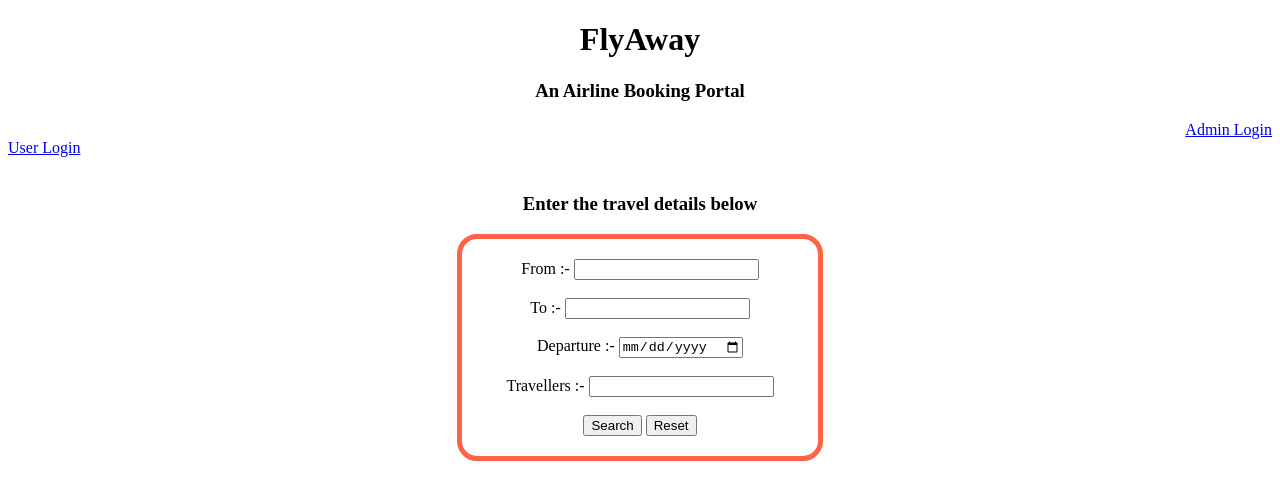
Repository: badrilogaram/Phase-two-project
Page: http://localhost/FlyAway-master/HomePage.jsp
These files come from the project's save history. The page is drawn as it stood at one moment and after the next save; the edit follows.
The browser window is 1280 px wide. The pictures show the whole page.
The page is served by Tomcat 9. Other server files are loaded and not shown.

Above is the page before, as saved 2021-05-27 22:57:12.

### FlyAway-master/src/main/webapp/HomePage.jsp
<%@ page language="java" contentType="text/html; charset=ISO-8859-1"
    pageEncoding="ISO-8859-1"%>
<%@ page import="java.util.*" %>
<!DOCTYPE html>
<html>
<head>
<meta charset="ISO-8859-1">
<title>FlyAway</title>
</head>
<body style="background-color:rgb(255,255,255)">
<h1><center>FlyAway</center></h1>
<h3><center>An Airline Booking Portal</center></h3>

<div align="right">
<a href="AdminPage.jsp">Admin Login</a>
</div>

<%
	@SuppressWarnings("unchecked")
	HashMap<String,String> user=(HashMap<String,String>)session.getAttribute("user");
	if(user!=null){
%>
<p>Welcome <%=user.get("name") %></p>
<a href="Logout">Logout</a>
<%
	}else{
%>
<a href=UserPage.jsp>User Login</a>
<%
	}
%>
<br><br>
<center>
<h3>Enter the travel details below</h3>
<div style="border:5px solid tomato;width:25%;border-radius:20px;padding:20px" align = "center">
<form action=FlightList method=post>
	<label for=from>From :-</label> <input type=text name=from id=from/><br><br>
	<label for=to>To :-</label> <input type=text name=to id=to/><br><br>
	<label for=departure>Departure :-</label> <input type=date name=departure id=departure/><br><br>
	<label for=travellers>Travellers :-</label> <input type=number name=travellers id=travellers/><br><br>
	<input type=submit value=Search /> <input type=reset />
</form>
</center>
</div>
</body>
</html>

After the next save:
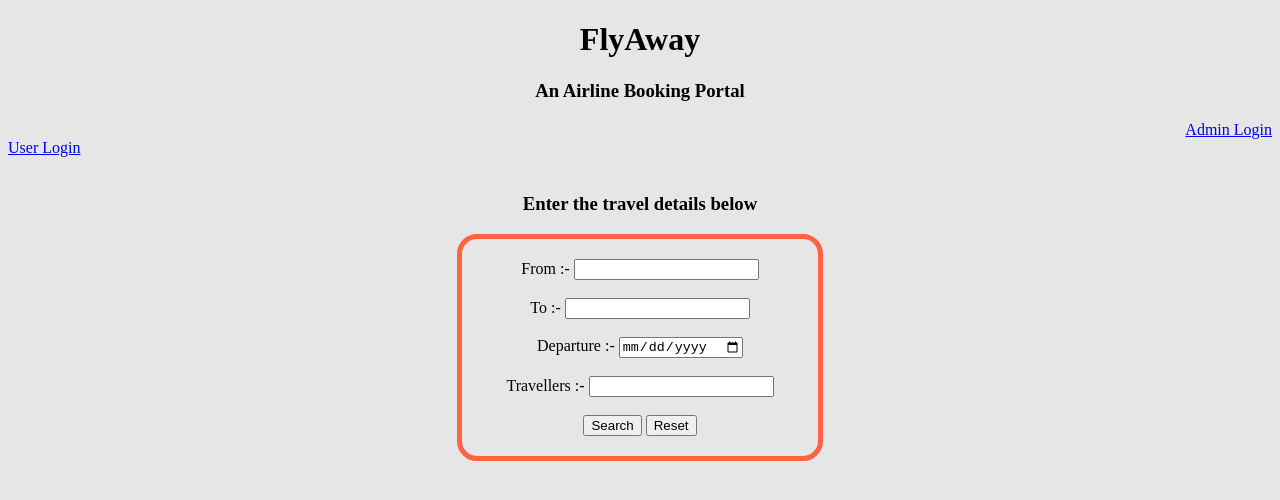
Saved 35 s later.
--- a/FlyAway-master/src/main/webapp/HomePage.jsp
+++ b/FlyAway-master/src/main/webapp/HomePage.jsp
@@ -7,7 +7,7 @@
 <meta charset="ISO-8859-1">
 <title>FlyAway</title>
 </head>
-<body style="background-color:rgb(255,255,255)">
+<body style="background-color:rgb(230,230,230)">
 <h1><center>FlyAway</center></h1>
 <h3><center>An Airline Booking Portal</center></h3>
 
